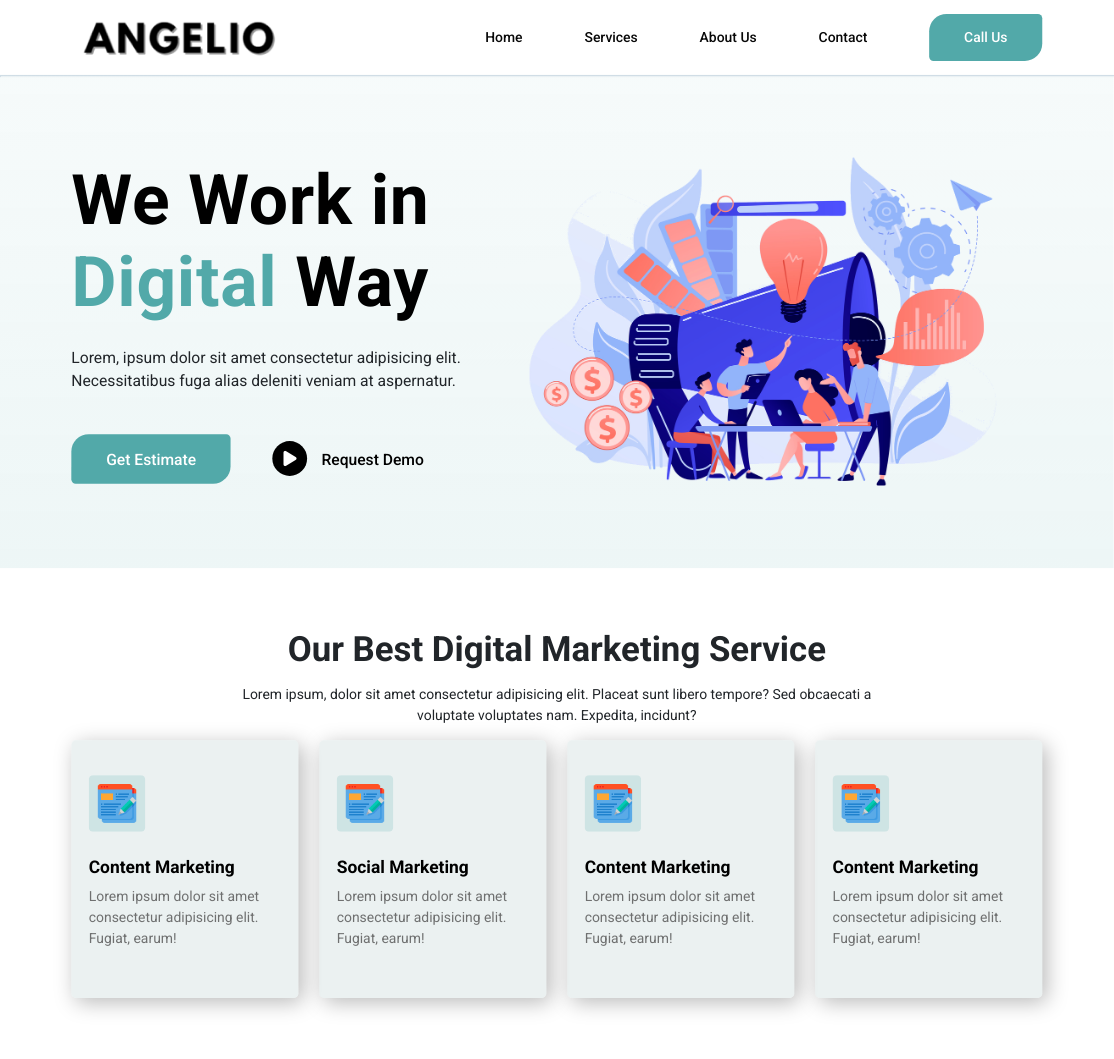
Repository: nazmulalok/landing-page-angelio
Page: index.html
The author's editor kept a copy of each file at every save. The page is drawn from the files as they stood at one save, then again after the next save.
The browser window is 1280 px wide. The pictures show the whole page, at 87% of full size.

Above is the page before, as saved 2022-09-10 23:06:55.

After the next save:
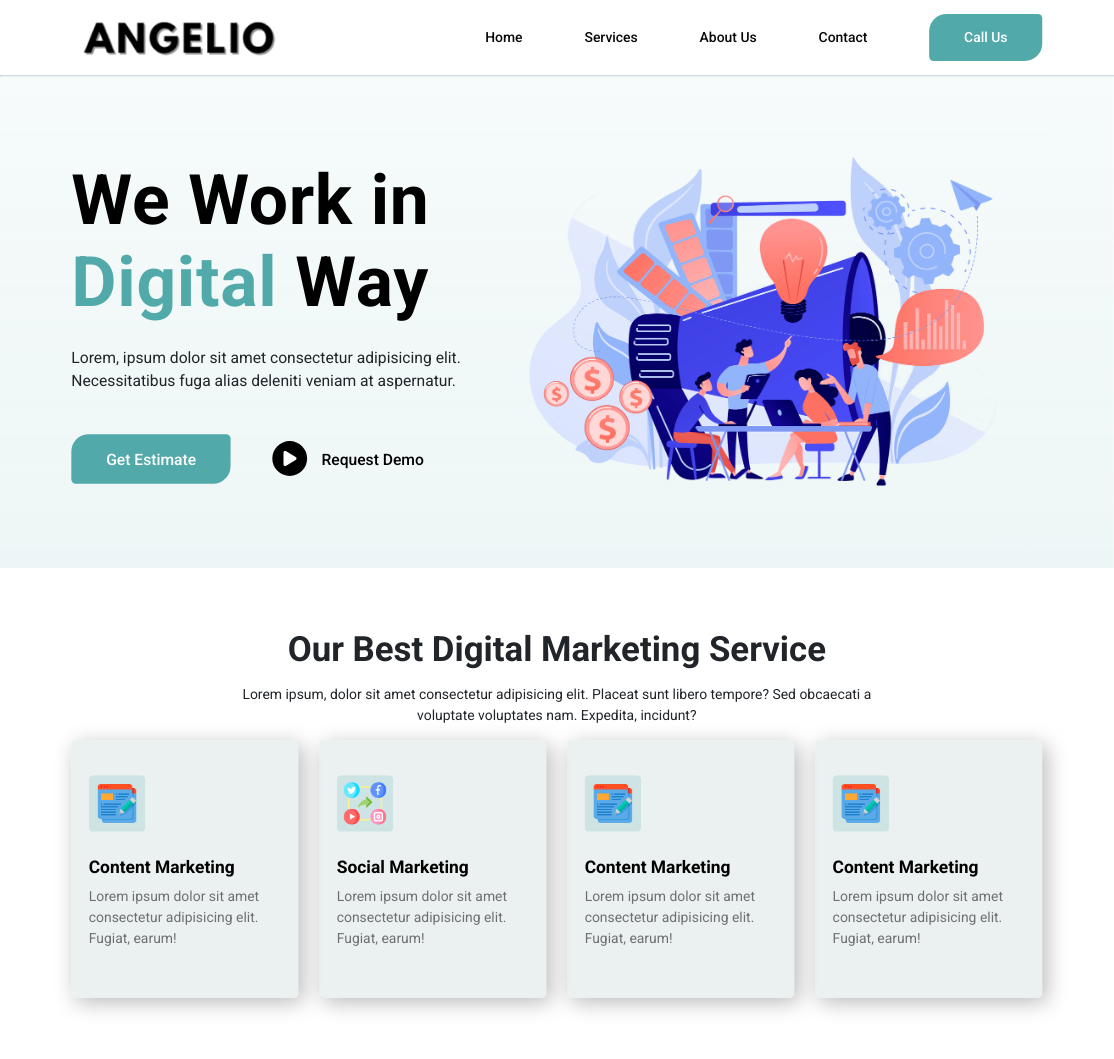
Saved 112 s later.
--- a/index.html
+++ b/index.html
@@ -90,7 +90,7 @@
                     <div class="col-lg-3">
                         <div class="service-box">
                             <div class="service-icon">
-                                <img src="images/content-marketing.png" alt="Content Marketing">
+                                <img src="images/social-marketing.png" alt="Social Marketing">
                             </div>
                             <div class="service-content">
                                 <a href="#">Social Marketing</a>
